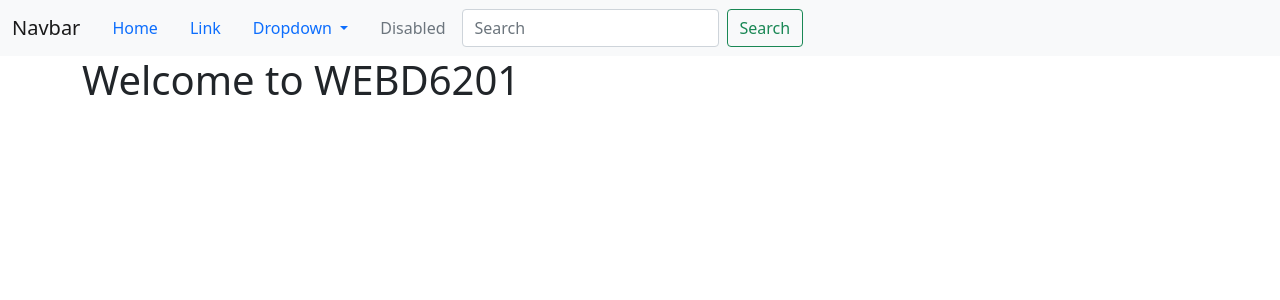
Repository: evanpalmer002/WEBD6201-W2021-Week2A
Page: week2a/index.html
The author's editor kept a copy of each file at every save. The page is drawn from the files as they stood at one save, then again after the next save.
The browser window is 1280 px wide. The pictures show the whole page.

Above is the page before, as saved 2021-01-19 09:27:01.

### week2a/index.html
<!DOCTYPE html>
<html lang="en">
<head>
    <meta charset="UTF-8">
    <meta name="viewport" content="width=device-width, initial-scale=1.0">
    <title>WEBD6201 - ICE 1</title>
    <!-- CSS Section -->
    <link rel="stylesheet" href="./node_modules/bootstrap/dist/css/bootstrap.min.css">
    <link rel="stylesheet" href="./node_modules/@fortawesome//fontawesome-free/css/all.min.css">
    <link rel="stylesheet" href="./Content/app.css">
</head>
<body>


    <header>

        <nav class="navbar navbar-expand-lg navbar-light bg-light">
            <div class="container-fluid">
              <a class="navbar-brand" href="#">Navbar</a>
              <button class="navbar-toggler" type="button" data-bs-toggle="collapse" data-bs-target="#navbarSupportedContent" aria-controls="navbarSupportedContent" aria-expanded="false" aria-label="Toggle navigation">
                <span class="navbar-toggler-icon"></span>
              </button>
              <div class="collapse navbar-collapse" id="navbarSupportedContent">
                <ul class="nav justify-content-end">
                  <li class="nav-item">
                    <a class="nav-link active" aria-current="page" href="#">Home</a>
                  </li>
                  <li class="nav-item">
                    <a class="nav-link" href="#">Link</a>
                  </li>
                  <li class="nav-item dropdown">
                    <a class="nav-link dropdown-toggle" href="#" id="navbarDropdown" role="button" data-bs-toggle="dropdown" aria-expanded="false">
                      Dropdown
                    </a>
                    <ul class="dropdown-menu" aria-labelledby="navbarDropdown">
                      <li><a class="dropdown-item" href="#">Action</a></li>
                      <li><a class="dropdown-item" href="#">Another action</a></li>
                      <li><hr class="dropdown-divider"></li>
                      <li><a class="dropdown-item" href="#">Something else here</a></li>
                    </ul>
                  </li>
                  <li class="nav-item">
                    <a class="nav-link disabled" href="#" tabindex="-1" aria-disabled="true">Disabled</a>
                  </li>
                </ul>
                <form class="d-flex">
                  <input class="form-control me-2" type="search" placeholder="Search" aria-label="Search">
                  <button class="btn btn-outline-success" type="submit">Search</button>
                </form>
              </div>
            </div>
          </nav>
    </header>

    <div class="container">
        <h1>Welcome to WEBD6201</h1>
    </div>

    <footer>

    </footer>

    <!-- JavaScript Section -->
    <script src="./node_modules/jquery/dist/jquery.min.js"></script>
    <script src="./node_modules/bootstrap/dist/js/bootstrap.bundle.min.js"></script>
    <script src="./Scripts/app.js"></script>
</body>
</html>

### week2a/Scripts/app.js
/*custon javascript  goes here */

// - Immediately invoked function Expression

(function()
{

    function Start()
    {
        console.log("App Started...");

    }

    window.addEventListener("load", Start);
})();

Loaded but not shown: week2a/node_modules/bootstrap/dist/css/bootstrap.min.css (library); week2a/node_modules/@fortawesome/fontawesome-free/css/all.min.css (library); week2a/node_modules/jquery/dist/jquery.min.js (library); week2a/node_modules/bootstrap/dist/js/bootstrap.bundle.min.js (library); week2a/Content/app.css (no stored copy; drawn as an empty file)

After the next save:
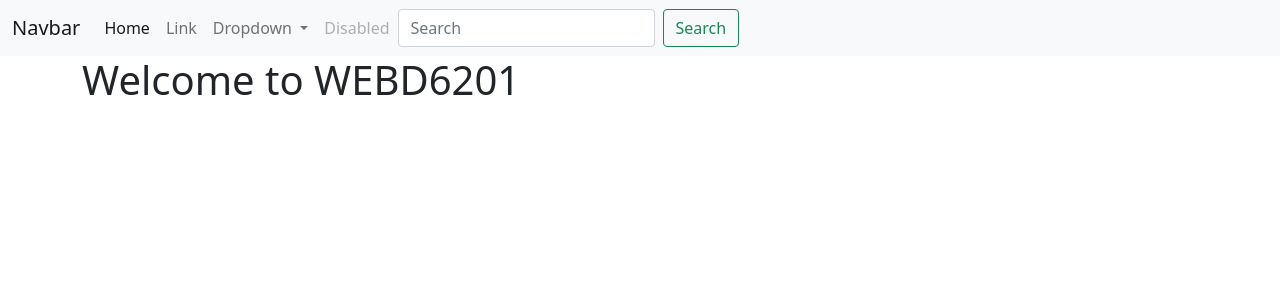
Saved 40 s later.
--- a/week2a/index.html
+++ b/week2a/index.html
@@ -14,42 +14,42 @@
 
     <header>
 
-        <nav class="navbar navbar-expand-lg navbar-light bg-light">
-            <div class="container-fluid">
-              <a class="navbar-brand" href="#">Navbar</a>
-              <button class="navbar-toggler" type="button" data-bs-toggle="collapse" data-bs-target="#navbarSupportedContent" aria-controls="navbarSupportedContent" aria-expanded="false" aria-label="Toggle navigation">
-                <span class="navbar-toggler-icon"></span>
-              </button>
-              <div class="collapse navbar-collapse" id="navbarSupportedContent">
-                <ul class="nav justify-content-end">
-                  <li class="nav-item">
-                    <a class="nav-link active" aria-current="page" href="#">Home</a>
-                  </li>
-                  <li class="nav-item">
-                    <a class="nav-link" href="#">Link</a>
-                  </li>
-                  <li class="nav-item dropdown">
-                    <a class="nav-link dropdown-toggle" href="#" id="navbarDropdown" role="button" data-bs-toggle="dropdown" aria-expanded="false">
-                      Dropdown
-                    </a>
-                    <ul class="dropdown-menu" aria-labelledby="navbarDropdown">
-                      <li><a class="dropdown-item" href="#">Action</a></li>
-                      <li><a class="dropdown-item" href="#">Another action</a></li>
-                      <li><hr class="dropdown-divider"></li>
-                      <li><a class="dropdown-item" href="#">Something else here</a></li>
-                    </ul>
-                  </li>
-                  <li class="nav-item">
-                    <a class="nav-link disabled" href="#" tabindex="-1" aria-disabled="true">Disabled</a>
-                  </li>
-                </ul>
-                <form class="d-flex">
-                  <input class="form-control me-2" type="search" placeholder="Search" aria-label="Search">
-                  <button class="btn btn-outline-success" type="submit">Search</button>
-                </form>
-              </div>
-            </div>
-          </nav>
+ <nav class="navbar navbar-expand-lg navbar-light bg-light">
+  <div class="container-fluid">
+    <a class="navbar-brand" href="#">Navbar</a>
+    <button class="navbar-toggler" type="button" data-bs-toggle="collapse" data-bs-target="#navbarSupportedContent" aria-controls="navbarSupportedContent" aria-expanded="false" aria-label="Toggle navigation">
+      <span class="navbar-toggler-icon"></span>
+    </button>
+    <div class="collapse navbar-collapse" id="navbarSupportedContent">
+      <ul class="navbar-nav justify-content-end">
+        <li class="nav-item">
+          <a class="nav-link active" aria-current="page" href="#">Home</a>
+        </li>
+        <li class="nav-item">
+          <a class="nav-link" href="#">Link</a>
+        </li>
+        <li class="nav-item dropdown">
+          <a class="nav-link dropdown-toggle" href="#" id="navbarDropdown" role="button" data-bs-toggle="dropdown" aria-expanded="false">
+            Dropdown
+          </a>
+          <ul class="dropdown-menu" aria-labelledby="navbarDropdown">
+            <li><a class="dropdown-item" href="#">Action</a></li>
+            <li><a class="dropdown-item" href="#">Another action</a></li>
+            <li><hr class="dropdown-divider"></li>
+            <li><a class="dropdown-item" href="#">Something else here</a></li>
+          </ul>
+        </li>
+        <li class="nav-item">
+          <a class="nav-link disabled" href="#" tabindex="-1" aria-disabled="true">Disabled</a>
+        </li>
+      </ul>
+      <form class="d-flex">
+        <input class="form-control me-2" type="search" placeholder="Search" aria-label="Search">
+        <button class="btn btn-outline-success" type="submit">Search</button>
+      </form>
+    </div>
+  </div>
+</nav>
     </header>
 
     <div class="container">
